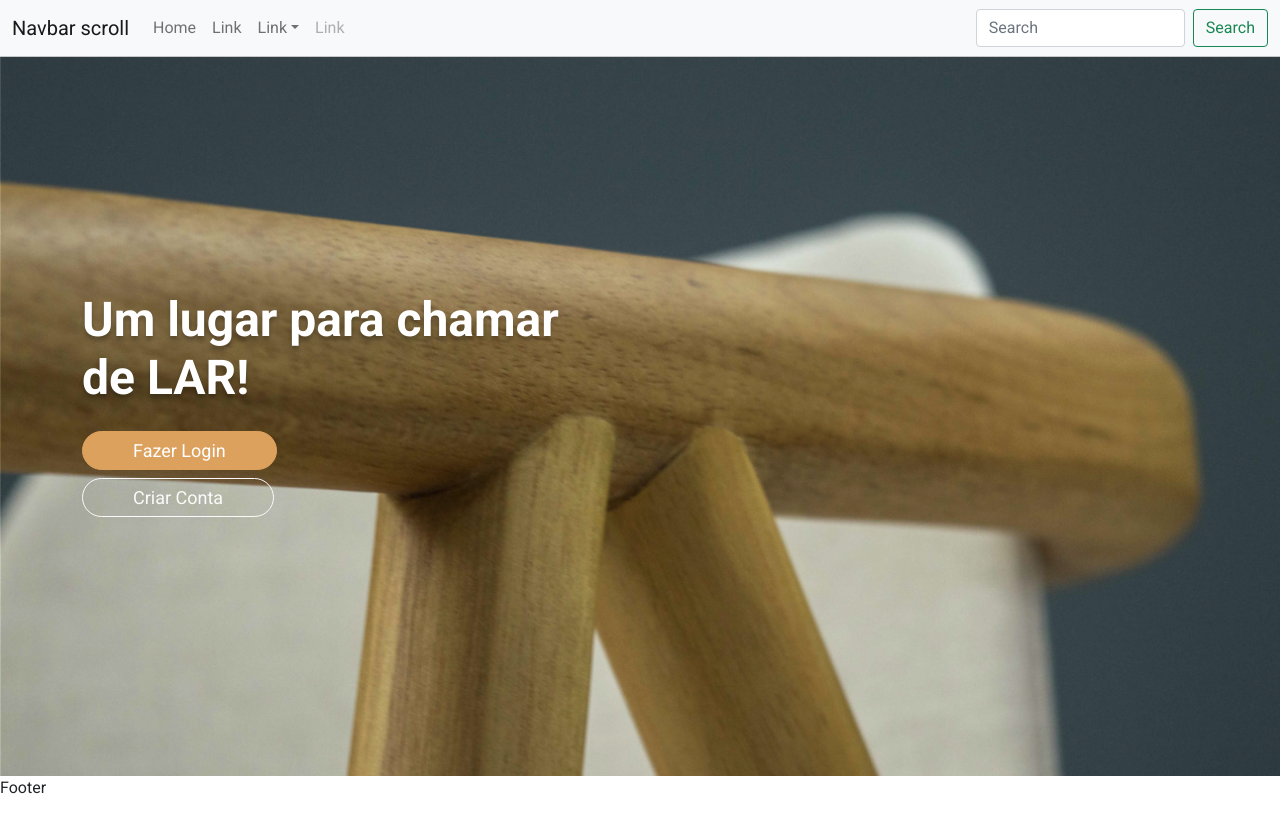
Repository: telesbp/Projeto-4-e-Projeto-5
Page: / (app in front-end/)
These files come from the project's save history. The page is drawn as it stood at one moment and after the next save; the edit follows.
The browser window is 1280 px wide. The pictures show the whole page.
The project was rebuilt for these pictures with package versions that can differ from the ones it lists, and the page was loaded fresh each time.

Above is the page before, as saved 2022-07-17 16:56:29.

### front-end/public/index.html
<!DOCTYPE html>
<html lang="pt-BR">
  <head>
    <meta charset="utf-8" />
    <link rel="icon" href="%PUBLIC_URL%/favicon.ico" />
    <meta name="viewport" content="width=device-width, initial-scale=1" />
    <meta name="theme-color" content="#000000" />
    <meta
      name="description"
      content="Seu negócio automatizado!"
    />
    <link rel="apple-touch-icon" href="%PUBLIC_URL%/logo192.png" />
    <!--
      manifest.json provides metadata used when your web app is installed on a
      user's mobile device or desktop. See https://developers.google.com/web/fundamentals/web-app-manifest/
    -->
    <link rel="manifest" href="%PUBLIC_URL%/manifest.json" />
    <!--
      Notice the use of %PUBLIC_URL% in the tags above.
      It will be replaced with the URL of the `public` folder during the build.
      Only files inside the `public` folder can be referenced from the HTML.

      Unlike "/favicon.ico" or "favicon.ico", "%PUBLIC_URL%/favicon.ico" will
      work correctly both with client-side routing and a non-root public URL.
      Learn how to configure a non-root public URL by running `npm run build`.
    -->
    <title>Stagio</title>

    <link rel="preconnect" href="https://fonts.googleapis.com">
    <link rel="preconnect" href="https://fonts.gstatic.com" crossorigin>
    <link href="https://fonts.googleapis.com/css2?family=Roboto:wght@400;700&display=swap" rel="stylesheet">
  </head>
  <body>
    <noscript>You need to enable JavaScript to run this app.</noscript>
    <div id="root"></div>
    <!--
      This HTML file is a template.
      If you open it directly in the browser, you will see an empty page.

      You can add webfonts, meta tags, or analytics to this file.
      The build step will place the bundled scripts into the <body> tag.

      To begin the development, run `npm start` or `yarn start`.
      To create a production bundle, use `npm run build` or `yarn build`.
    -->
  </body>
</html>

### front-end/src/index.tsx
import React from 'react';
import ReactDOM from 'react-dom/client';
import App from './App';
import 'bootstrap/dist/css/bootstrap.min.css';
import { BrowserRouter } from 'react-router-dom';
import 'react-toastify/dist/ReactToastify.css';
import { ToastContainer } from 'react-toastify';
import { GlobalStyle } from './assets/css/global';

const root = ReactDOM.createRoot(
  document.getElementById('root') as HTMLElement
);
root.render(
  <React.StrictMode>
    <BrowserRouter>
    <GlobalStyle/>
      <App />
      <ToastContainer/>
    </BrowserRouter>
  </React.StrictMode>
);

### front-end/src/App.tsx
import { HomeView } from "./views/Home";

function App() {
  return (
    <HomeView/>
  );
}

export default App;

### front-end/src/assets/css/global.ts
import { createGlobalStyle } from "styled-components";

export const GlobalStyle = createGlobalStyle`
    body{
       font-family: 'Roboto', sans-serif;
    }
`

### front-end/src/views/Home/index.tsx
import { Container } from "react-bootstrap";
import styled from "styled-components";
import bgSite from "../../assets/img/cadeira1.png"
import { CustomButton } from "../../components/CustomButton";
import { Layout } from "../../components/Layout";

export function HomeView(){
    return(
        <Layout>
            <Banner className="vh-100">
                <Container className="h-100 d-flex flex-column justify-content-center align-items-center align-items-lg-start">
                    <Title className="text-center text-white text-lg-start mt-auto mt-lg-0 ">Um lugar para chamar de LAR!</Title>
                    <CustomButton size="lg" to="login" variant="primary" className="mt-auto mt-lg-3 mb-2">Fazer Login</CustomButton>
                    <CustomButton size="lg" to="cadastro" variant="outline-primary" className="mb-4">Criar Conta</CustomButton>
                </Container>
            </Banner>
        </Layout>
    )
}

const Banner = styled.div`
    background: url(${bgSite}) no-repeat center center;
    background-size: cover;
`
const Title = styled.h1`
    font-size: 2.25rem;
    font-weight: bold;
    text-shadow: 0 4px 4px rgba(0, 0, 0, 0.25);
    @media (min-width: 992px){
        font-size: 3rem;
        max-width: 500px;
    }
`

### front-end/src/components/CustomButton/index.tsx
import { Button, ButtonProps, Spinner } from "react-bootstrap";
import { LinkContainer } from "react-router-bootstrap";
import styled from "styled-components";

type Props = ButtonProps & {
    loading?: boolean
    to?: string
}

export function CustomButton({children, loading, to, ...otherProps}: Props) {
    const button = (
        <ButtonStyled {...otherProps}>
            {loading && (
                <Spinner animation="border" role="status" size="sm" className="me-2">
                    <span className="visually-hidden">Carregando...</span>
                </Spinner>
            )}
            {children}
        </ButtonStyled>
    )
    if (to){
        return(
            <LinkContainer to={to}>
                {button}
            </LinkContainer>
        )
    }
    return button
}
const ButtonStyled = styled(Button)`
    border-radius: 50px;
    font-weight: 500;
    padding:5px 50px 5px 50px;
    ${props => props.size ==='lg' && `
        font-size: 1.125rem;
    `}
    ${props => (props.variant === "primary" || !props.variant) && `
        background-color: #dda15e;
        border-color: #dda15e;
        &:hover {
            background-color: #bc6c25;
            border-color: #bc6c25;
        }
    `}
    ${props => (props.variant === "outline-primary" || !props.variant) && `
        border-color: #fafafa;
        color: #fafafa;
        &:hover {
            background-color: #dda15e;
            border-color: #dda15e;
        }
    `}
`

### front-end/src/components/Layout/index.tsx
import { Header } from "./Header"

type Props = {
    children: React.ReactNode
}
export const Layout: React.FC<Props> = ({children}) => {
    return (
        <>
            <Header/>
            {children}
            <p>Footer</p>
        </>
    )
}

### front-end/src/components/Layout/Header.tsx
import { Button, Container, Form, Nav, Navbar, NavDropdown } from "react-bootstrap";

export function Header() {
    return(
        <Navbar bg="light" expand="lg">
        <Container fluid>
          <Navbar.Brand href="#">Navbar scroll</Navbar.Brand>
          <Navbar.Toggle aria-controls="navbarScroll" />
          <Navbar.Collapse id="navbarScroll">
            <Nav
              className="me-auto my-2 my-lg-0"
              style={{ maxHeight: '100px' }}
              navbarScroll
            >
              <Nav.Link href="#action1">Home</Nav.Link>
              <Nav.Link href="#action2">Link</Nav.Link>
              <NavDropdown title="Link" id="navbarScrollingDropdown">
                <NavDropdown.Item href="#action3">Action</NavDropdown.Item>
                <NavDropdown.Item href="#action4">
                  Another action
                </NavDropdown.Item>
                <NavDropdown.Divider />
                <NavDropdown.Item href="#action5">
                  Something else here
                </NavDropdown.Item>
              </NavDropdown>
              <Nav.Link href="#" disabled>
                Link
              </Nav.Link>
            </Nav>
            <Form className="d-flex">
              <Form.Control
                type="search"
                placeholder="Search"
                className="me-2"
                aria-label="Search"
              />
              <Button variant="outline-success">Search</Button>
            </Form>
          </Navbar.Collapse>
        </Container>
      </Navbar>
    )
}

After the next save:
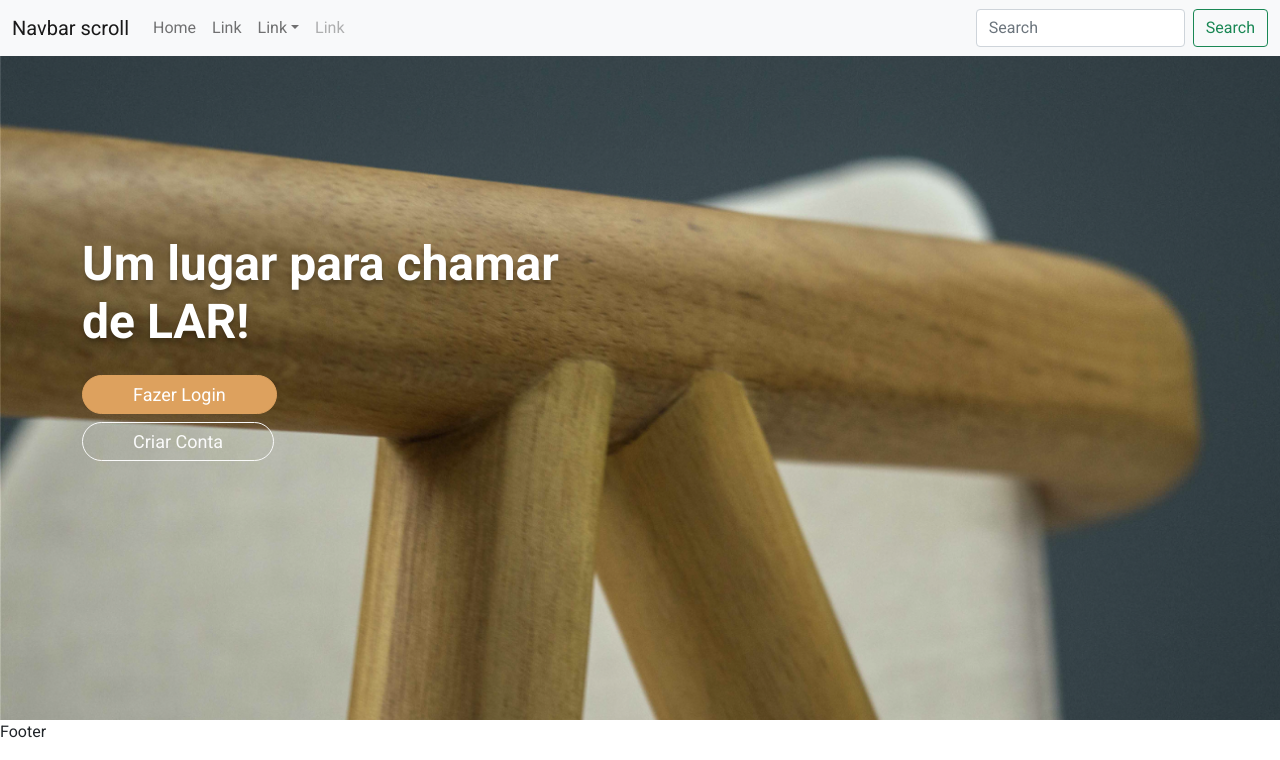
Saved 44 s later.
--- a/front-end/src/components/Layout/Header.tsx
+++ b/front-end/src/components/Layout/Header.tsx
@@ -2,7 +2,7 @@ import { Button, Container, Form, Nav, Navbar, NavDropdown } from "react-bootstr
 
 export function Header() {
     return(
-        <Navbar bg="light" expand="lg">
+        <Navbar fixed="top" bg="light" expand="lg">
         <Container fluid>
           <Navbar.Brand href="#">Navbar scroll</Navbar.Brand>
           <Navbar.Toggle aria-controls="navbarScroll" />
